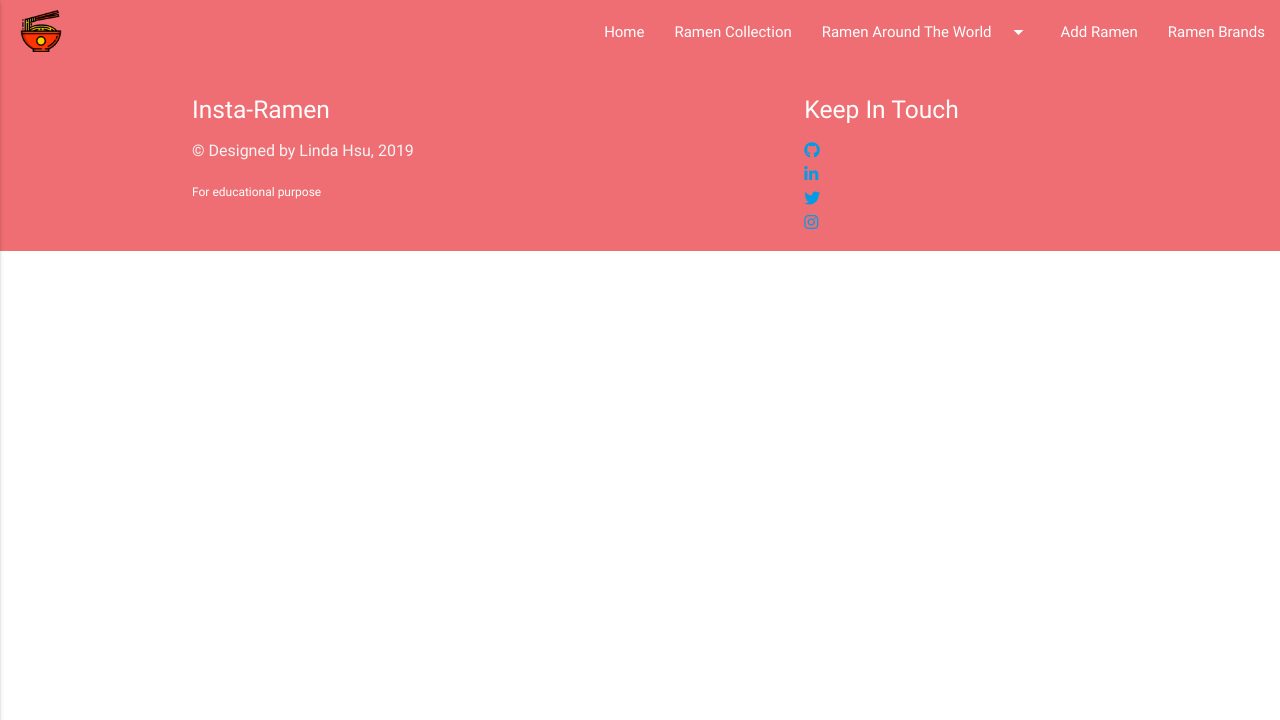
Repository: Paddlepop25/codeinstitute-insta-ramen
Page: templates/base.html
The author's editor kept a record of every edit. The page is drawn from the files as they stood at one moment, then again after the next edit.
The browser window is 1280 px wide. The pictures show the whole page.
Some web libraries are served in a nearby version. The page is served by the project's application, run on Flask 3 (app.py). The template is opened directly, without the code that normally fills it, so the values that code supplies are empty.

Above is the page before.

### templates/base.html
<!DOCTYPE html>
<html>

<head>
  <link href="https://fonts.googleapis.com/icon?family=Material+Icons" rel="stylesheet">
  <link rel="stylesheet" href="https://cdnjs.cloudflare.com/ajax/libs/materialize/0.100.2/css/materialize.min.css">
  <link rel="stylesheet" href="https://use.fontawesome.com/releases/v5.8.1/css/all.css" integrity="sha384-50oBUHEmvpQ+1lW4y57PTFmhCaXp0ML5d60M1M7uH2+nqUivzIebhndOJK28anvf" crossorigin="anonymous" />
  <link href="https://fonts.googleapis.com/css?family=Gloria+Hallelujah|Poppins|Scada&display=swap" rel="stylesheet">
  <link rel="icon" href="{{ url_for('static', filename='images/favicon.ico') }}" type="image/x-icon" />
  <link rel="stylesheet" href="/static/styles/base.css" type="text/css" />

  <!-- Meta Data -->
  <meta charset="UTF-8">
  <meta name="viewport" content="width=device-width, initial-scale=1, shrink-to-fit=no">
  <meta http-equiv="X-UA-Compatible" content="ie=edge">
  <meta name="description" content="Insta Ramen">
  <meta name="keywords" content="Noodles, Ramen, Instant, Cup, Bowl, Packet">
  <meta name="author" content="Linda Hsu">

  <title>InstaRamen - {{ title }} </title>
</head>

<body>
  <header>
    <nav>
      <div class="nav-wrapper">
        <a href="{{url_for('index')}}" class="brand-logo"><img class="ramen_logo" src="{{ url_for('static', filename='images/noodle_icon.png') }}" alt="Ramen noodles with chopsticks logo"/></a>
        <a href="#" data-activates="mobile-demo" class="button-collapse"><i class="material-icons">menu</i></a>
        <ul class="right hide-on-med-and-down">
          <li><a href="{{url_for('index')}}">Home</a></li>
          <li><a href="{{url_for('get_ramen')}}">Ramen Collection</a></li>
          <li><a class="dropdown-button" href="#!" data-activates="dropdown1">Ramen Around The World<i class="material-icons right">arrow_drop_down</i></a>
            <ul id="dropdown1" class="dropdown-content">
              <li><a href="{{ url_for('ramen_asia') }}">Asia</a></li>
              <li><a href="#!">Europe</a></li>
              <li><a href="#!">The Americas</a></li>
              <li class="divider"></li>
              <li><a href="{{ url_for('ramen_world') }}">Rest Of The World</a></li>
            </ul>
          </li>
          <li><a href="{{url_for('add_ramen')}}">Add Ramen</a></li>
          <li><a href="{{url_for('get_brands')}}">Ramen Brands</a></li>
        </ul>
        <ul class="side-nav" id="mobile-demo">
          <li><a href="{{url_for('index')}}">Home</a></li>
          <li><a href="{{url_for('get_ramen')}}">Ramen Around The World</a></li>
          <li><a href="{{url_for('add_ramen')}}">Add Ramen</a></li>
          <li><a href="{{url_for('get_brands')}}">Ramen Brands</a></li>
        </ul>
      </div>
    </nav>
  </header>

  {% block content %} {% endblock %}
  <footer class="page-footer">
    <div class="container">
      <div class="row">
        <div class="col l6 s12">
          <h5 class="white-text">Insta-Ramen</h5>
          <p class="grey-text text-lighten-4">&copy; Designed by Linda Hsu, 2019</p>
          <small>For educational purpose</small>
        </div>
        <div class="col l4 offset-l2 s12">
          <h5 class="white-text">Keep In Touch</h5>
          <ul>
            <li><a href="https://github.com/Paddlepop25" target="_blank"><i class="fab fa-github"></i></a></li>
            <li><a href="https://www.linkedin.com/in/lindahsu007/" target="_blank"><i class="fab fa-linkedin-in"></i></a></li>
            <li><a href="https://twitter.com/shecodeshsucode" target="_blank"><i class="fab fa-twitter"></i></a></li>
            <li><a href="https://www.instagram.com/shecodeshsucodes/" target="_blank"><i class="fab fa-instagram"></i></a></li>
          </ul>
        </div>
      </div>
    </div>
  </footer>

  <script src="https://cdnjs.cloudflare.com/ajax/libs/jquery/3.2.1/jquery.min.js"></script>
  <script src="https://cdnjs.cloudflare.com/ajax/libs/materialize/0.100.2/js/materialize.min.js"></script>
  <!--<script type="text/javascript" src="./static/scripts/app.js"></script>-->
  <script type="text/javascript">
    $(document).ready(function() {
      $(".button-collapse").sideNav();
      $('select').material_select();
      $(".dropdown-button").dropdown();
    });
  </script>
</body>

</html>

### app.py
import os
from flask import Flask, render_template, redirect, request, url_for
from flask_pymongo import PyMongo
from bson.objectid import ObjectId
import re

app = Flask(__name__)

app.config['MONGO_DBNAME'] = 'ramen_database'
app.config["MONGO_URI"] = 'mongodb+srv://root:r00tUser@cluster0-mg1xb.mongodb.net/ramen_database?retryWrites=true&w=majority'

mongo = PyMongo(app)

@app.route('/')
@app.route('/home_page')
def home_page():
    top_three=mongo.db.ramens.find({'Stars': {'$gt': 3, '$lt':5}}).limit(5)
    return render_template('index.html', top_three=top_three)

@app.route('/display_ramen/<ramen_id>', methods=['GET'])
def display_ramen(ramen_id):
    ramen = mongo.db.ramens.find_one({"_id": ObjectId(ramen_id)})
    return render_template('display_ramen.html', ramen=ramen)


@app.route('/get_ramen')
def get_ramen():
    ramens=mongo.db.ramens.find()
    return render_template('ramen-collection.html', ramens=ramens)

@app.route('/ramen_asia')
def ramen_asia():
    ramens=mongo.db.ramens.find(
        {'$or':
            [{'Country': 'Taiwan'},{'Country': "Japan"}]
        }
        )
    return render_template('ramen_asia.html', ramens=ramens)

@app.route('/ramen_world')
def ramen_world():
    ramens=mongo.db.ramens.find(
        {'$or':
            [{'Country': 'Brunei'},{'Country': "Singapore"}]
        }
        )
    return render_template('ramen_world.html', ramens=ramens)


@app.route('/search_ramen')
def search_ramen():
    orig_query = request.args['query']
    query = {'$regex': re.compile('.*{}.*'.format(orig_query)), '$options': 'i'}
    print(query)
    results=mongo.db.ramens.find({'Flavour': query})

    ramen = []
    for result in results:
        ramen.append(result)

    return render_template('ramen_search.html', query=orig_query, ramen_search=ramen)

@app.route('/add_ramen')
def add_ramen():
    return render_template('add_ramen.html', countries=mongo.db.countries.find())

@app.route('/insert_ramen', methods=['POST'])
def insert_ramen():
    ramens = mongo.db.ramens
    ramens.insert_one(request.form.to_dict())
    return redirect(url_for('get_ramen'))

@app.route('/edit_ramen/<ramen_id>', methods=['GET'])
def edit_ramen(ramen_id):
    ramen = mongo.db.ramens.find_one({"_id": ObjectId(ramen_id)})
    countries = mongo.db.countries.find()
    return render_template('edit_ramen.html', ramen=ramen, countries=countries)

@app.route('/update_ramen/<ramen_id>', methods=["POST"])
def update_ramen(ramen_id):
    ramen = mongo.db.ramens
    ramen.update( {'_id': ObjectId(ramen_id)},
    {
        'Brand': request.form.get('Brand'),
        'Flavour':request.form.get('Flavour'),
        'Style': request.form.get('Style'),
        'Country':request.form.get('Country'),
        'Stars':request.form.get('Stars'),
        'Ratings':request.form.get('Ratings')
    })
    return redirect(url_for('get_ramen'))

@app.route('/delete_ramen/<ramen_id>')
def delete_ramen(ramen_id):
    mongo.db.ramens.remove({'_id': ObjectId(ramen_id)})
    return redirect(url_for('get_ramen'))

@app.route('/get_brands')
def get_brands():
    brands = mongo.db.ramens.find()
    return render_template('brands.html',
                            brands=brands)

@app.errorhandler(404)
def error_404(not_found):
    return render_template('error404.html', not_found=not_found)

if __name__ == '__main__':
    app.run(host=os.environ.get('IP'),
            port=int(os.environ.get('PORT')),
            debug=True)

### static/styles/base.css
body {
    font-size: 16px;
}

.ramen_logo {
    width: 2.8rem;
    margin-left: 20px;
    margin-top: 10px;
}

/*.nav-wrapper img {*/
/*    position: relative;*/
/*    top: -64px;*/
/*    z-index: -1;*/
/*}*/

/*.ramen_form {*/
/*    border: 2px solid black;*/
    /*border-radius: 25px;*/
/*    box-shadow: 2px 2px 8px grey;*/
/*    margin: 100px auto;*/
/*    padding: 85px;*/
/*}*/

After the next edit:
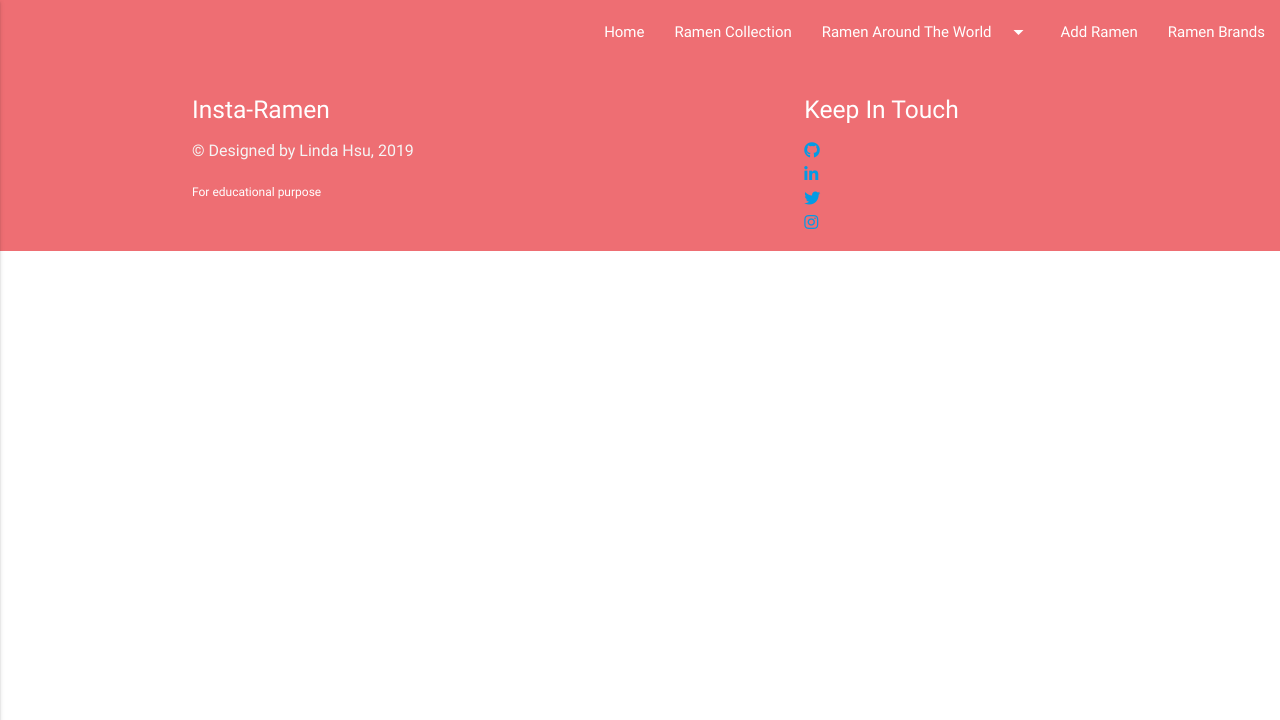
The edit:
--- a/static/styles/base.css
+++ b/static/styles/base.css
@@ -8,11 +8,11 @@
     margin-top: 10px;
 }
 
-/*.nav-wrapper img {*/
-/*    position: relative;*/
-/*    top: -64px;*/
-/*    z-index: -1;*/
-/*}*/
+.nav-wrapper img {
+    position: relative;
+    top: -64px;
+    z-index: -1;
+}
 
 /*.ramen_form {*/
 /*    border: 2px solid black;*/

After the 2 edits that followed:
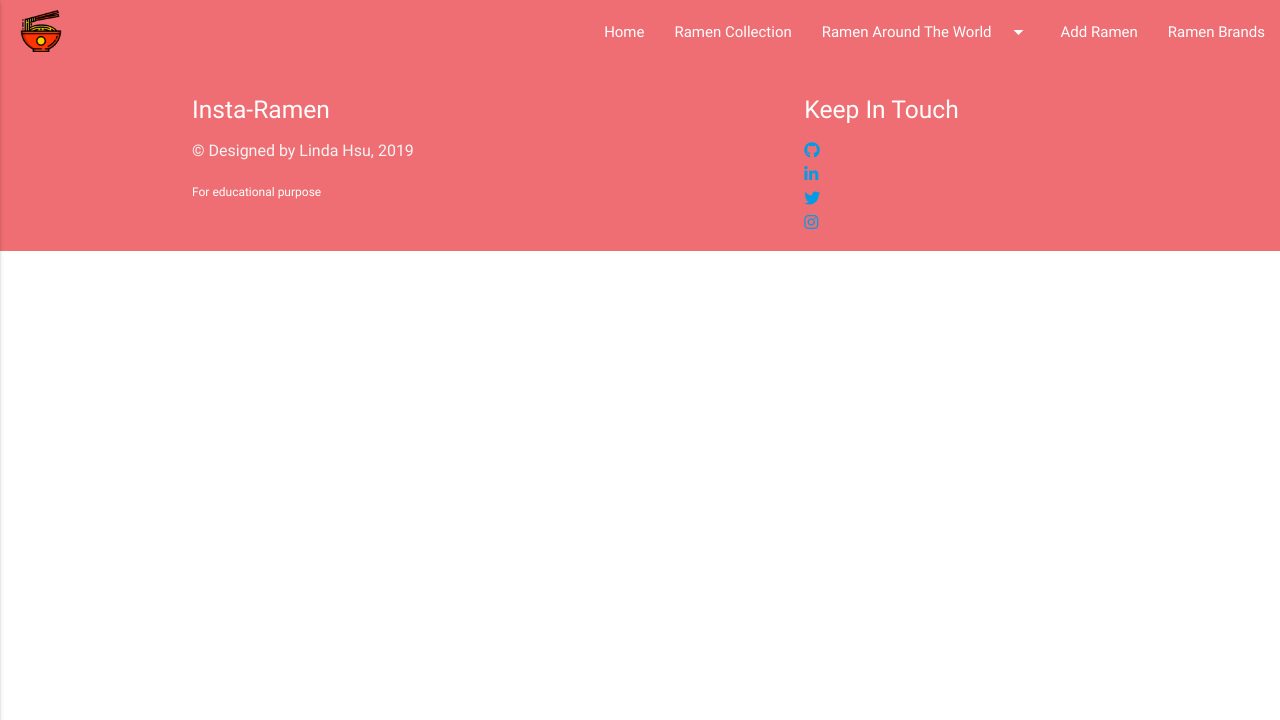
The 2 edits are shown as one change because 1 left the picture as it was.
The edit:
--- a/static/styles/base.css
+++ b/static/styles/base.css
@@ -6,18 +6,13 @@
     width: 2.8rem;
     margin-left: 20px;
     margin-top: 10px;
+    /*z-index: -2;*/
 }
 
-.nav-wrapper img {
-    position: relative;
-    top: -64px;
-    z-index: -1;
+.ramen_form {
+    border: 2px solid black;
+    border-radius: 25px;
+    box-shadow: 2px 2px 8px grey;
+    margin: 100px auto;
+    padding: 20px;
 }
-
-/*.ramen_form {*/
-/*    border: 2px solid black;*/
-    /*border-radius: 25px;*/
-/*    box-shadow: 2px 2px 8px grey;*/
-/*    margin: 100px auto;*/
-/*    padding: 85px;*/
-/*}*/
